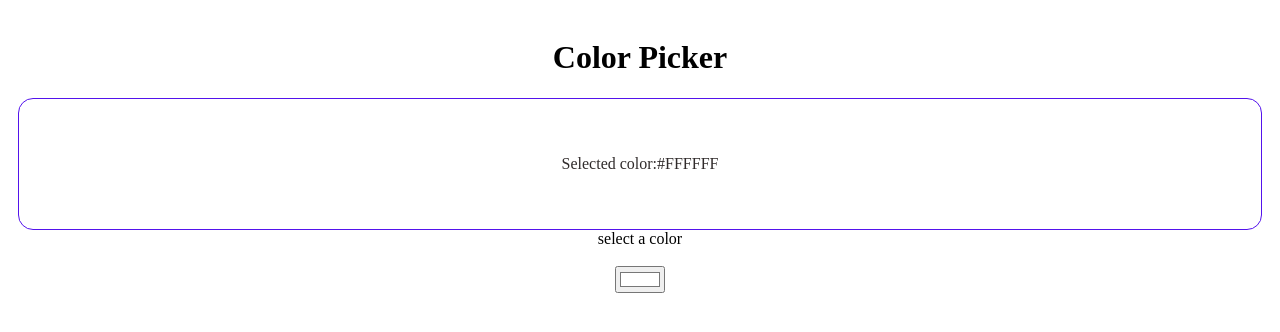
Repository: wakoya-tech/my-react-practice
Page: /
The author's editor kept a copy of each file at every save. The page is drawn from the files as they stood at one save, then again after the next save.
The browser window is 1280 px wide. The pictures show the whole page.
The project was rebuilt for these pictures with package versions that can differ from the ones it lists, and the page was loaded fresh each time. Also part of the build but not shown: vite.config.js.

Above is the page before, as saved 2025-10-03 11:58:23.

After the next save:
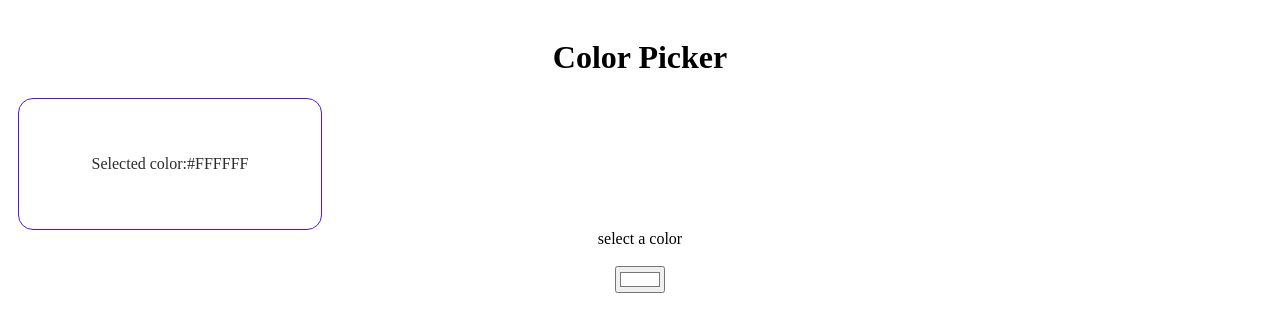
Saved 10 s later.
--- a/src/index.css
+++ b/src/index.css
@@ -8,7 +8,8 @@
   border: 1px solid rgb(84, 19, 236);
   color: rgb(48, 43, 43);
   background-color: rgb(82, 82, 197);
-width: 300ox;
+width: 300px;
+
 border-radius: 15px;
   padding:40px 1px;
 }
